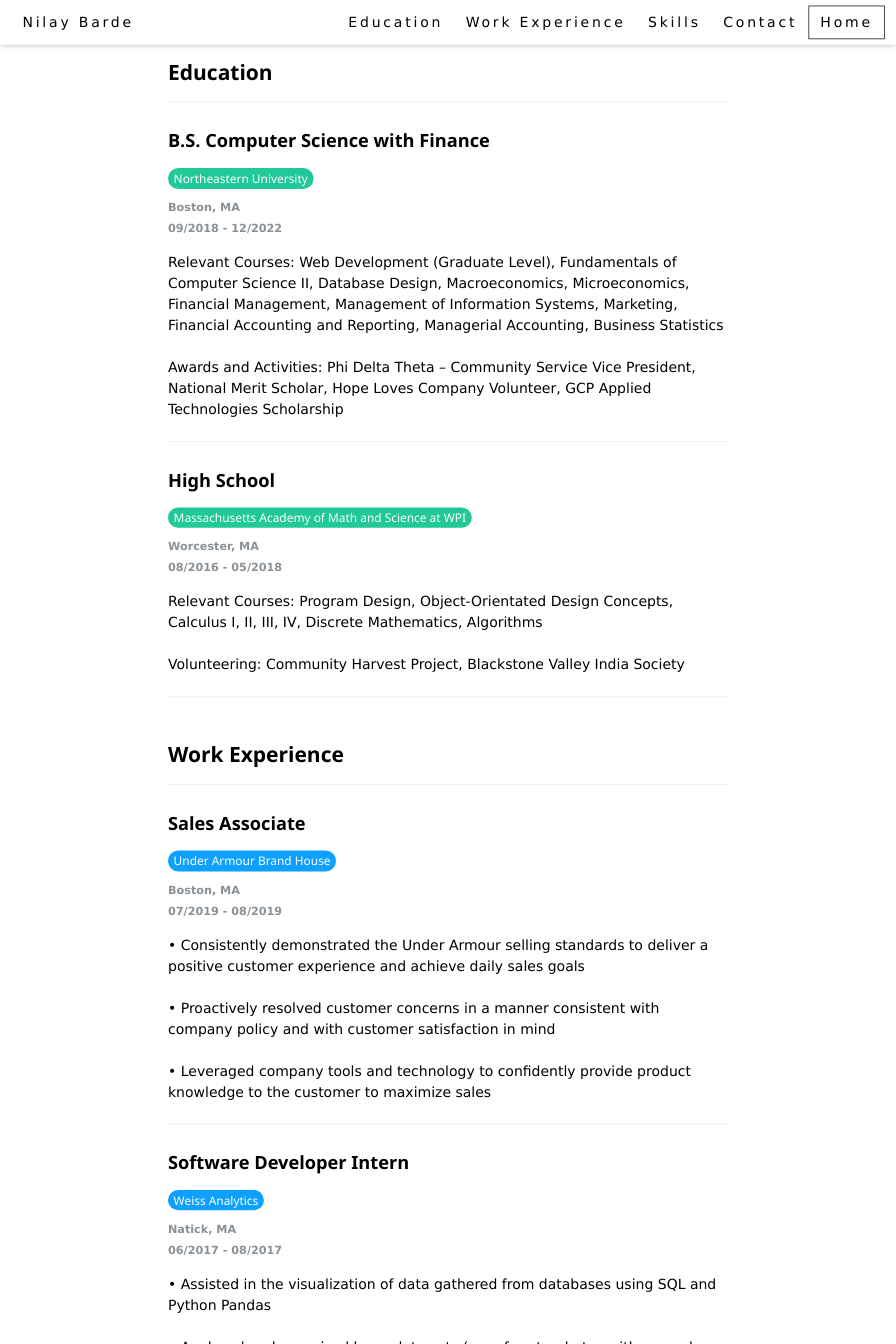
Repository: NilayBarde/Personal-Website
Page: cv.html
The author's editor kept a copy of each file at every save. The page is drawn from the files as they stood at one save, then again after the next save.
The browser window is 1280 px wide. The pictures show the part of the page from y = 0 to 1920 px (the page is 2934 px tall), at 70% of full size.
Some web libraries are served in a nearby version.

Above is the page before, as saved 2019-09-26 14:02:17.

### cv.html
<!DOCTYPE html>
<html>

<head>
    <meta charset="utf-8">
    <meta name="viewport" content="width=device-width, initial-scale=1">
    <title>Nilay Barde | Software Developer</title>
    <link rel="stylesheet" type="text/css" href="assets/css/style.css">
    <script src="https://kit.fontawesome.com/a695053543.js"></script>
    <link rel="stylesheet" href="style2.css">
</head>

<body>
    <!-- Top Navigation Menu -->
    <div class="hide-medium hide-large">
        <div class="topnav" id="topnav">
            <a href="index2.html" class="active">Nilay Barde</a>
            <div id="myLinks">
                <a href="#education">Education</a>
                <a href="#work-experience">Work Experience</a>
                <a href="#skills">Skills</a>
                <a href="mailto: nilaybarde@gmail.com">Contact</a>
                <a href="index2.html">Home</a>
            </div>
            <a href="javascript:void(0);" class="icon" onclick="myFunction()">
                <i class="fa fa-bars"></i>
            </a>
        </div>
    </div>



    <!-- Navbar -->
    <div class="navbar">
        <div class="bar white wide padding card hide-small">
            <a href="index2.html#home" class="nav-bar-item nav-bar-button">Nilay Barde</a>
            <div class="nav-bar-right hide-small">
                <a href="#education" class="nav-bar-item nav-bar-button">Education</a>
                <a href="#work-experience" class="nav-bar-item nav-bar-button">Work Experience</a>
                <a href="#skills" class="nav-bar-item nav-bar-button">Skills</a>
                <a href="mailto: nilaybarde@gmail.com" class="nav-bar-item nav-bar-button">Contact</a>
                <a href="index2.html#home" id="resume" class="nav-bar-item nav-bar-button">Home</a>
            </div>
        </div>
    </div>

    <section class="cv-block info">
        <div class="container">
            <div class="education group" id="education">
                <h2 class="text-center">Education</h2>
                <div class="item">
                    <div class="row">
                        <div class="col-md-6">
                            <h3>B.S. Computer Science with Finance</h3>
                            <h4 class="organization">Northeastern University</h4>
                        </div>
                        <div class="col-md-6">
                            <time class="period">Boston, MA<br>09/2018 - 12/2022</time>
                        </div>
                    </div>
                    <p class="text-muted">Relevant Courses: Web Development (Graduate Level), Fundamentals of Computer Science II, Database Design, Macroeconomics, Microeconomics, Financial Management, Management of Information Systems, Marketing, Financial Accounting and
                        Reporting, Managerial Accounting, Business Statistics
                        <br><br> Awards and Activities: Phi Delta Theta – Community Service Vice President, National Merit Scholar, Hope Loves Company Volunteer, GCP Applied Technologies Scholarship
                    </p>
                </div>
                <div class="item">
                    <div class="row">
                        <div class="col-md-6">
                            <h3>High School</h3>
                            <h4 class="organization">Massachusetts Academy of Math and Science at WPI</h4>
                        </div>
                        <div class="col-md-6">
                            <time class="period">Worcester, MA<br>08/2016 - 05/2018</time>
                        </div>
                    </div>
                    <p class="text-muted">Relevant Courses: Program Design, Object-Orientated Design Concepts, Calculus I, II, III, IV, Discrete Mathematics, Algorithms
                        <br><br> Volunteering: Community Harvest Project, Blackstone Valley India Society
                    </p>
                </div>
            </div>
            <div class="work-experience group" id="work-experience">
                <h2 class="text-center">Work Experience</h2>
                <div class="item">
                    <div class="row">
                        <div class="col-md-6">
                            <h3>Sales Associate</h3>
                            <h4 class="organization">Under Armour Brand House</h4>
                        </div>
                        <div class="col-md-6">
                            <time class="period">Boston, MA<br>07/2019 - 08/2019</time>
                        </div>
                    </div>
                    <p class="text-muted">• Consistently demonstrated the Under Armour selling standards to deliver a positive customer experience and achieve daily sales goals
                        <br><br>• Proactively resolved customer concerns in a manner consistent with company policy and with customer satisfaction in mind
                        <br><br>• Leveraged company tools and technology to confidently provide product knowledge to the customer to maximize sales
                    </p>
                </div>
                <div class="item">
                    <div class="row">
                        <div class="col-md-6">
                            <h3>Software Developer Intern</h3>
                            <h4 class="organization">Weiss Analytics</h4>
                        </div>
                        <div class="col-md-6">
                            <time class="period">Natick, MA<br>06/2017 - 08/2017</time>
                        </div>
                    </div>
                    <p class="text-muted">• Assisted in the visualization of data gathered from databases using SQL and Python Pandas
                        <br><br>• Analyzed and organized large data sets (over four terabytes with several hundred million records) from several cloud-based servers using MySQL and SQL Server
                        <br><br>• Learned SQL and Python while on the job and applied my learning immediately in my work
                        <br><br>• Created an automation program that was used to troubleshoot Weiss Analytics website, found over 250 zip code errors
                    </p>
                </div>
                <div class="group" id="skills">
                    <div class="row">
                        <div class="col-md-6">
                            <div class="skills info-card">
                                <h2>Skills</h2>
                                <h3>Proficient in: Java, SQL, HTML, CSS</h3>
                                <h3>Familiar with: Python, MATLAB, Lisp, Scheme: Racket</h3>
                                <h3>Frameworks/Technologies: Android Studio, MySQL, Visual Studio Code</h3>
                            </div>
                        </div>
                    </div>
                </div>
                <a href="Barde_Nilay_Resume.pdf" target=blank><button class="nav-bar-button black section"> Paper Copy <i
              class="far fa-file"></i>
          </button></a>


            </div>
    </section>
    <footer class="footer-distributed">

        <div class="footer-right">

            <a href="https://www.linkedin.com/in/nilaykbarde/" target=blank><i class="fab fa-linkedin"></i></a>
            <a href="https://github.com/NilayBarde" target=blank><i class="fab fa-github"></i></a>

        </div>

        <div class="footer-left">

            <p class="footer-links">
                <a href="index2.html#home" id=homefooter>Home</a> ·
                <a href="#education" id=educationfooter>Education</a> ·
                <a href="#work-experience" id=workexperiencefooter>Work Experience</a> ·
                <a href="#skills" id=skillsfooter>Skills</a> ·
                <a href="mailto: nilaybarde@gmail.com" id=contactfooter>Contact</a> ·
                <a href="cv.html" target=blank id=resumefooter>Resume</a>
            </p>

            <p>Nilay Barde &copy; 2019</p>
        </div>

    </footer>

    </main>
</body>
<script src="https://code.jquery.com/jquery-3.2.1.min.js"></script>
<script src="assets/js/script.js"></script>

</html>

### assets/css/style.css
@import url("https://fonts.googleapis.com/css?family=Lato:300,400");
body {
    font-family: 'Lato', sans-serif;
}

.cv-block {
    padding-bottom: 60px;
    padding-top: 60px;
}

.cv-block.info {
    padding-top: 70px;
}

.cv-block.info h2 {
    font-weight: bold;
    margin-bottom: 20px;
}

.cv-block.info h3 {
    font-size: 1.3rem;
}

.cv-block.info .group {
    max-width: 800px;
    margin: auto;
}

.cv-block.info .group:not(:first-child) {
    margin-top: 60px;
}

.cv-block.info .group .period {
    font-size: 0.8rem;
    float: none;
    font-weight: bold;
    margin-top: 4px;
    color: #6c757d;
    opacity: 0.8;
}

.cv-block.info .group .organization {
    font-size: 0.85em;
    background-color: #0ea0ff;
    display: inline-block;
    color: #fff;
    padding: 2px 8px;
    border-radius: 2em;
}

.cv-block.info .education.group .organization {
    background-color: #20c997;
}

.cv-block.info .group .item {
    padding-bottom: 10px;
    margin-bottom: 25px;
    border-bottom: 1px solid #eee;
}

.cv-block.info .group h2+.item {
    padding-top: 25px;
    border-top: 1px solid #eee;
}

.cv-block.info .group .item .row {
    margin-bottom: 5px;
}

.cv-block.info .work-experience h3,
.cv-block.info .education h3 {
    font-weight: bold;
}

.cv-block .info-card {
    padding: 40px;
    box-shadow: 0px 2px 10px rgba(0, 0, 0, 0.075);
    height: 100%;
}

.cv-block .info-card h2 {
    margin-top: 0;
    margin-bottom: 24px;
    font-size: 1.4rem;
}

.cv-block .info-card.skills h3 {
    margin-top: 25px;
    font-size: 1rem;
    font-weight: bold;
}

.cv-block .info-card.skills .progress {
    height: 3px;
}

.cv-block .info-card.contact-info .icon {
    font-size: 1.3em;
    color: #c9c9c9;
    position: relative;
    bottom: 4px;
}

.cv-block.info .hobbies p {
    max-width: 700px;
    margin: auto;
    font-size: 1.2em;
}

.page-footer {
    padding-top: 32px;
    border-top: 1px solid #ddd;
    text-align: center;
    padding-bottom: 20px;
}

.page-footer a {
    display: inline-block;
    margin: 0px 10px;
    color: #282b2d;
    font-size: 18px;
}

.page-footer .links {
    display: inline-block;
}

#educationfooter:hover,
#workexperiencefooter:hover,
#skillsfooter:hover {
    color: #E31B6D;
}

.page-footer .social-icons {
    margin-top: 20px;
    margin-bottom: 16px;
}

.page-footer .social-icons a {
    font-size: 18px;
    margin: 0 3px;
    color: #ffffff;
    border: 1px solid;
    opacity: 0.75;
    border-radius: 50%;
    width: 36px;
    display: inline-block;
    height: 36px;
    text-align: center;
    background-color: #c5c9d2;
    line-height: 34px;
}

.page-footer .social-icons a:hover {
    opacity: 1;
}

Loaded but not shown: assets/js/script.js (48 lines, source omitted); style2.css (2101 lines, source omitted)

After the next save:
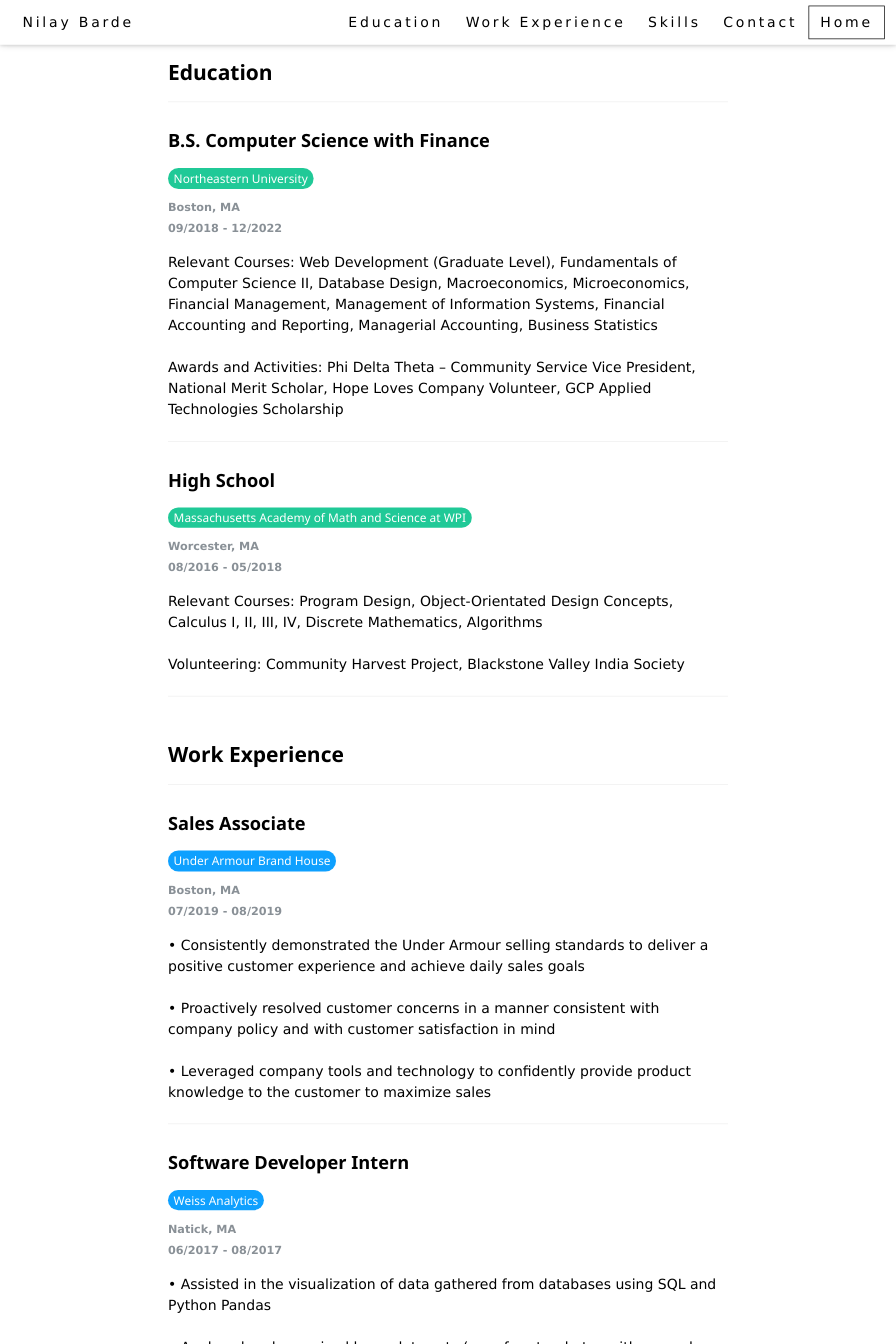
Saved 22 s later.
--- a/cv.html
+++ b/cv.html
@@ -58,8 +58,8 @@
                             <time class="period">Boston, MA<br>09/2018 - 12/2022</time>
                         </div>
                     </div>
-                    <p class="text-muted">Relevant Courses: Web Development (Graduate Level), Fundamentals of Computer Science II, Database Design, Macroeconomics, Microeconomics, Financial Management, Management of Information Systems, Marketing, Financial Accounting and
-                        Reporting, Managerial Accounting, Business Statistics
+                    <p class="text-muted">Relevant Courses: Web Development (Graduate Level), Fundamentals of Computer Science II, Database Design, Macroeconomics, Microeconomics, Financial Management, Management of Information Systems, Financial Accounting and Reporting,
+                        Managerial Accounting, Business Statistics
                         <br><br> Awards and Activities: Phi Delta Theta – Community Service Vice President, National Merit Scholar, Hope Loves Company Volunteer, GCP Applied Technologies Scholarship
                     </p>
                 </div>
